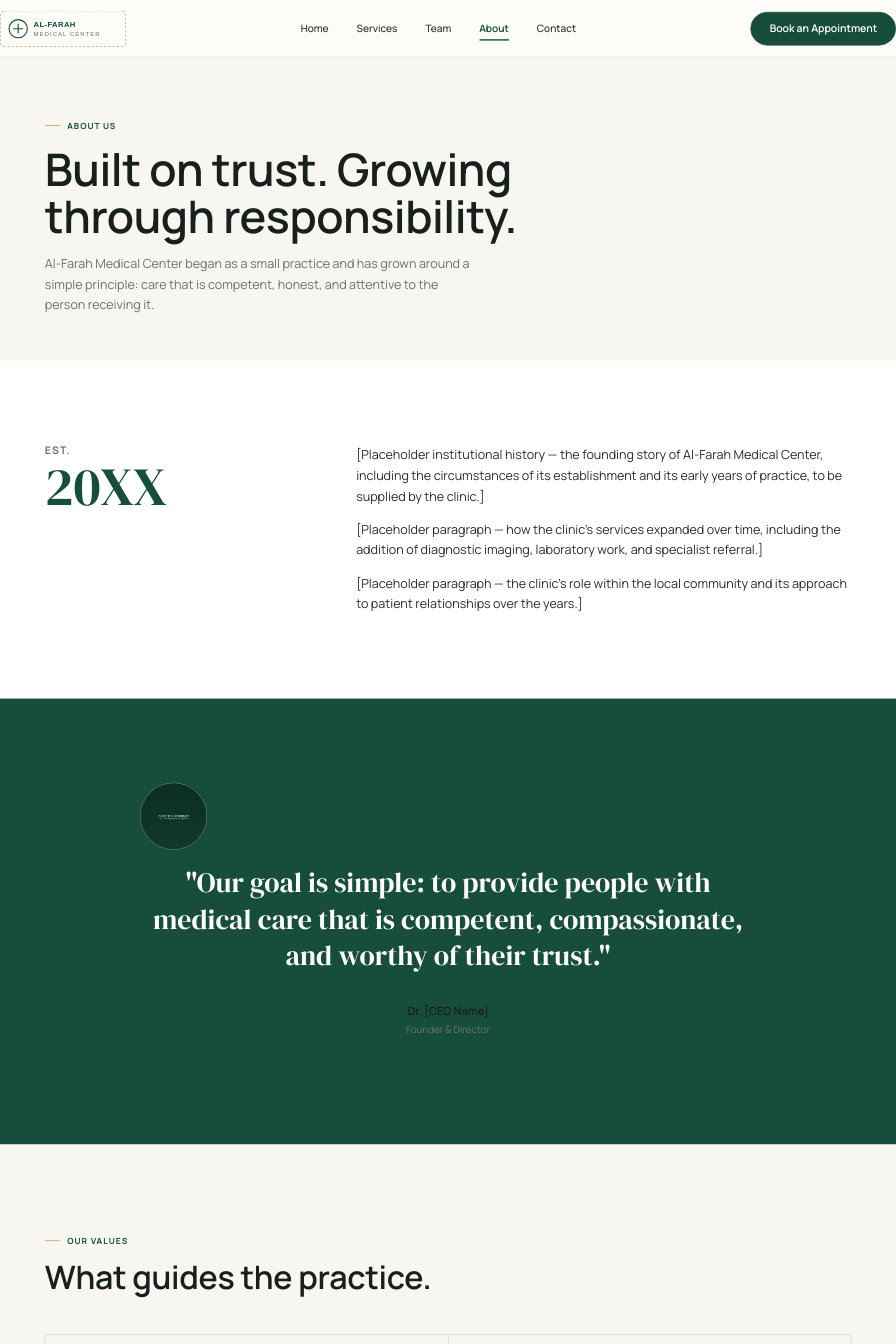
Repository: mraeesaziz45/al-farah
Page: about.html
An editor plug-in stored every save of this project. The page is shown before and after the next save, followed by the edit.
The browser window is 1280 px wide. The pictures show the part of the page from y = 0 to 1920 px (the page is 4104 px tall), at 70% of full size.

Above is the page before, as saved 2026-09-08 18:32:59.

### about.html
<!DOCTYPE html>
<html lang="en">
<head>
<meta charset="UTF-8">
<meta name="viewport" content="width=device-width, initial-scale=1.0">
<title>About Us — Al-Farah Medical Center</title>
<meta name="description" content="Learn about the history, values, and facility of Al-Farah Medical Center.">
<meta property="og:title" content="About Us — Al-Farah Medical Center">
<meta property="og:description" content="Built on trust. Growing through responsibility.">
<meta property="og:type" content="website">
<link rel="preconnect" href="https://fonts.googleapis.com">
<link rel="preconnect" href="https://fonts.gstatic.com" crossorigin>
<link href="https://fonts.googleapis.com/css2?family=Manrope:wght@400;500;600;700&family=DM+Serif+Display:ital@0;1&display=swap" rel="stylesheet">
<link rel="stylesheet" href="css/style.css">
</head>
<body>
<a href="#main" class="skip-link">Skip to content</a>

<header class="site-header">
  <div class="container header-inner">
    <a href="index.html" class="logo-link">
      <img src="assets/logo/logo-placeholder.svg" alt="Al-Farah Medical Center" width="180" height="52">
    </a>
    <nav class="main-nav" aria-label="Primary">
      <a href="index.html">Home</a>
      <a href="services.html">Services</a>
      <a href="team.html">Team</a>
      <a href="about.html" aria-current="page">About</a>
      <a href="contact.html">Contact</a>
    </nav>
    <div class="header-actions">
      <a href="contact.html" class="btn btn-primary header-cta-desktop">Book an Appointment</a>
      <button class="menu-toggle" aria-expanded="false" aria-controls="mobileMenu" aria-label="Open menu">
        <span class="bar"></span>
      </button>
    </div>
  </div>
</header>

<div class="mobile-menu" id="mobileMenu">
  <div class="mobile-menu-top">
    <img src="assets/logo/logo-placeholder.svg" alt="Al-Farah Medical Center" width="150" height="44">
    <button class="mobile-menu-close" aria-label="Close menu">
      <svg viewBox="0 0 24 24" fill="none" stroke="currentColor" stroke-width="1.6"><line x1="5" y1="5" x2="19" y2="19"/><line x1="19" y1="5" x2="5" y2="19"/></svg>
    </button>
  </div>
  <nav class="mobile-nav" aria-label="Mobile">
    <a href="index.html">Home</a>
    <a href="services.html">Services</a>
    <a href="team.html">Team</a>
    <a href="about.html" aria-current="page">About</a>
    <a href="contact.html">Contact</a>
  </nav>
  <div class="mobile-menu-cta">
    <a href="contact.html" class="btn btn-primary">Book an Appointment</a>
  </div>
</div>

<main id="main">

  <section class="page-hero bg-cream">
    <div class="container">
      <p class="eyebrow" data-reveal>About Us</p>
      <h1 class="page-heading h1" data-reveal>Built on trust. Growing through responsibility.</h1>
      <p class="body-lg muted" data-reveal>Al-Farah Medical Center began as a small practice and has grown around a simple principle: care that is competent, honest, and attentive to the person receiving it.</p>
    </div>
  </section>

  <section class="section bg-white">
    <div class="container story-layout">
      <div data-reveal>
        <div class="story-marker">
          <span class="est">Est.</span>
          <span class="year">20XX</span>
        </div>
      </div>
      <div class="story-text" data-reveal>
        <p class="body-lg">[Placeholder institutional history — the founding story of Al-Farah Medical Center, including the circumstances of its establishment and its early years of practice, to be supplied by the clinic.]</p>
        <p class="body-lg">[Placeholder paragraph — how the clinic's services expanded over time, including the addition of diagnostic imaging, laboratory work, and specialist referral.]</p>
        <p class="body-lg">[Placeholder paragraph — the clinic's role within the local community and its approach to patient relationships over the years.]</p>
      </div>
    </div>
  </section>

  <section class="ceo-message bg-forest">
    <div class="container">
      <div class="ceo-message-inner" data-reveal>
        <div class="ceo-message-media">
          <img src="assets/images/ceo-portrait-placeholder.jpg" alt="Portrait of the Founder and Director" width="200" height="200" loading="lazy" decoding="async">
        </div>
        <p class="serif-statement">"Our goal is simple: to provide people with medical care that is competent, compassionate, and worthy of their trust."</p>
        <div class="hero-attribution">
          <span class="name">Dr. [CEO Name]</span>
          <span class="role">Founder &amp; Director</span>
        </div>
      </div>
    </div>
  </section>

  <section class="section bg-cream">
    <div class="container">
      <div class="section-head" data-reveal>
        <p class="eyebrow">Our Values</p>
        <h2 class="h2">What guides the practice.</h2>
      </div>
      <div class="values-grid" data-reveal-group>
        <div class="value-item" data-reveal>
          <span class="value-num">01</span>
          <h3 class="h4">Integrity</h3>
          <p>Assessments are honest, including when the honest answer involves referral or a longer path to resolution.</p>
        </div>
        <div class="value-item" data-reveal>
          <span class="value-num">02</span>
          <h3 class="h4">Expertise</h3>
          <p>Clinical decisions are grounded in training and ongoing attention to current medical practice.</p>
        </div>
        <div class="value-item" data-reveal>
          <span class="value-num">03</span>
          <h3 class="h4">Compassion</h3>
          <p>Care is delivered with attention to the person, not only the condition being treated.</p>
        </div>
        <div class="value-item" data-reveal>
          <span class="value-num">04</span>
          <h3 class="h4">Responsibility</h3>
          <p>The center treats each patient relationship, and its role in the community, as an ongoing responsibility.</p>
        </div>
      </div>
    </div>
  </section>

  <section class="section bg-white">
    <div class="container">
      <div class="facility-media" data-reveal>
        <img src="assets/images/facade.png" alt="Al-Farah Medical Center facility, placeholder photograph" width="1600" height="700" loading="lazy" decoding="async">
        <div class="facility-caption">
          <p class="eyebrow">The Center</p>
          <p>[Placeholder caption describing the facility — to be updated with real photography and details.]</p>
        </div>
      </div>
    </div>
  </section>

  <section class="cta-band bg-forest-deep">
    <div class="container">
      <h2 class="h2" data-reveal>When your health matters, every detail matters.</h2>
      <p class="body-lg" data-reveal>Get in touch to learn more about Al-Farah Medical Center or to arrange a visit.</p>
      <div class="cta-row" data-reveal>
        <a href="contact.html" class="btn btn-primary">Book an Appointment</a>
      </div>
    </div>
  </section>

</main>

<footer class="site-footer">
  <div class="container footer-grid">
    <div>
      <img src="assets/logo/logo-placeholder-light.svg" alt="Al-Farah Medical Center" class="footer-logo" width="170" height="50">
      <p class="footer-about">Al-Farah Medical Center provides trusted medical care with an emphasis on expertise, dignity, and patient-centered service.</p>
    </div>
    <div class="footer-col">
      <p class="footer-col-title">Navigation</p>
      <ul>
        <li><a href="index.html">Home</a></li>
        <li><a href="services.html">Services</a></li>
        <li><a href="team.html">Team</a></li>
        <li><a href="about.html">About</a></li>
        <li><a href="contact.html">Contact</a></li>
      </ul>
    </div>
    <div class="footer-col">
      <p class="footer-col-title">Services</p>
      <ul>
        <li><a href="services.html#radiology">Radiology</a></li>
        <li><a href="services.html#consultation">Consultation</a></li>
        <li><a href="services.html#laboratory">Diagnostics</a></li>
        <li><a href="services.html#specialist">Specialist Care</a></li>
      </ul>
    </div>
    <div class="footer-col">
      <p class="footer-col-title">Contact</p>
      <ul>
        <li>[Clinic Address Placeholder]</li>
        <li>[Phone Number Placeholder]</li>
        <li>[Email Address Placeholder]</li>
        <li>[Opening Hours Placeholder]</li>
      </ul>
    </div>
  </div>
  <div class="container footer-bottom">
    <p>&copy; 2026 Al-Farah Medical Center</p>
    <div class="footer-legal">
      <a href="#">Privacy Policy</a>
      <a href="#">Terms</a>
    </div>
  </div>
</footer>

<script src="js/main.js"></script>
</body>
</html>

Loaded but not shown: js/main.js (276 lines, source omitted); css/style.css (1057 lines, source omitted)

After the next save:
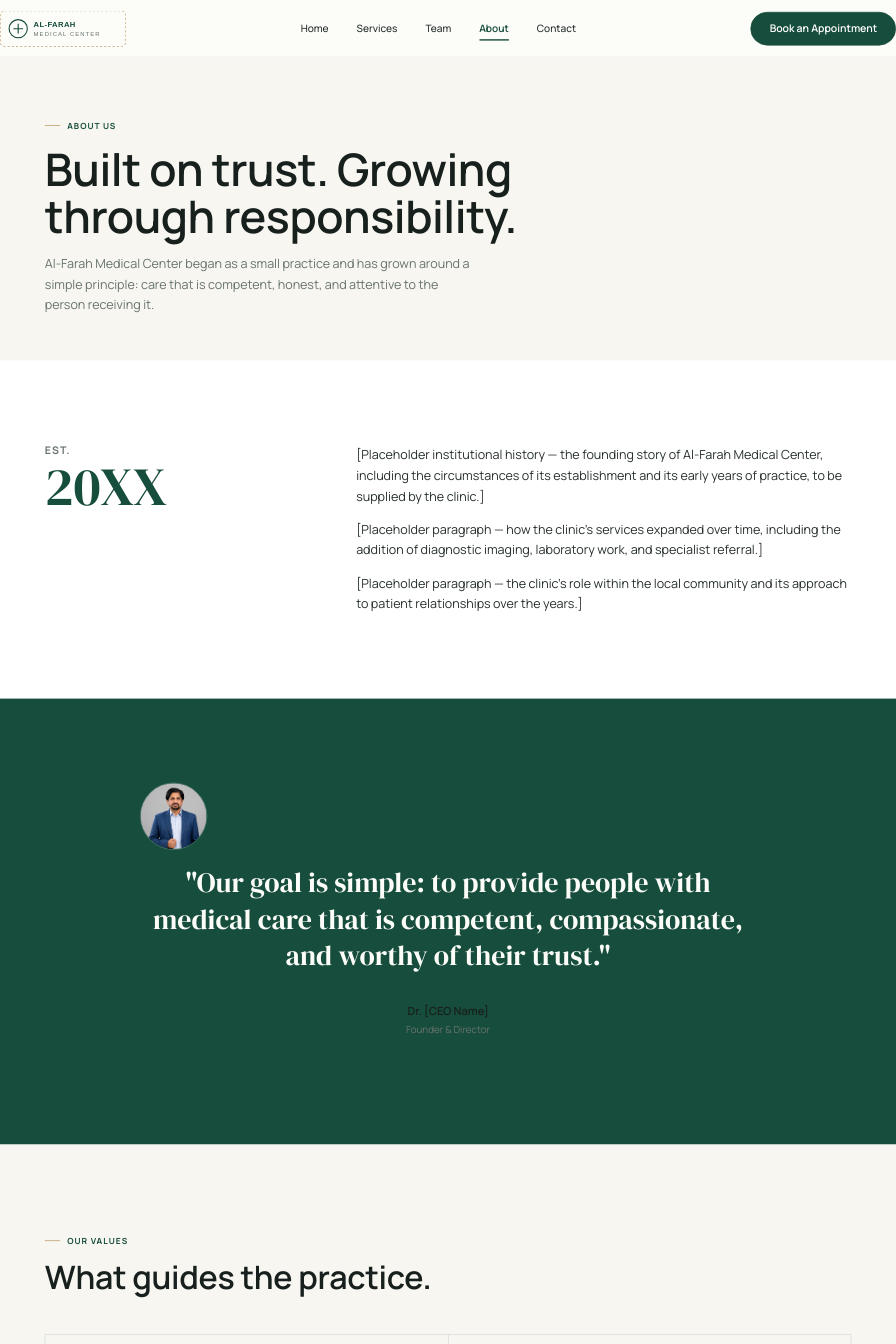
Saved 65 s later.
--- a/about.html
+++ b/about.html
@@ -86,7 +86,7 @@
     <div class="container">
       <div class="ceo-message-inner" data-reveal>
         <div class="ceo-message-media">
-          <img src="assets/images/ceo-portrait-placeholder.jpg" alt="Portrait of the Founder and Director" width="200" height="200" loading="lazy" decoding="async">
+          <img src="assets/images/team/director-home-2.png" alt="Portrait of the Founder and Director" width="200" height="200" loading="lazy" decoding="async">
         </div>
         <p class="serif-statement">"Our goal is simple: to provide people with medical care that is competent, compassionate, and worthy of their trust."</p>
         <div class="hero-attribution">
